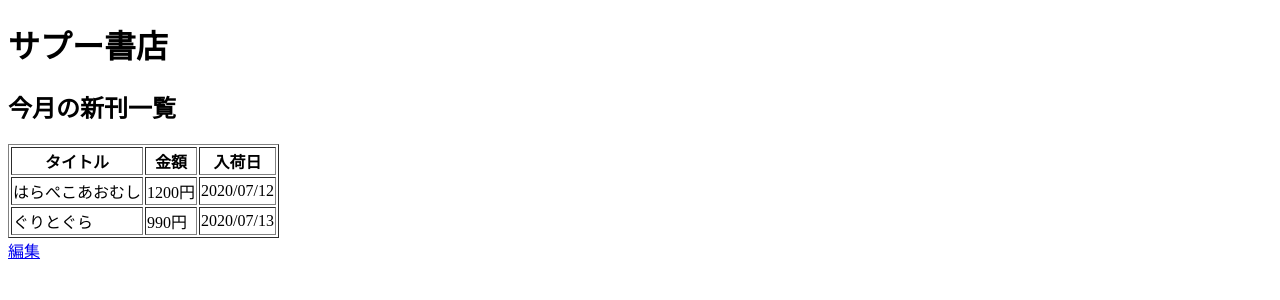
Repository: tom00ti/Vtuber_sapoo_flask
Page: http://localhost/
These files come from the project's save history. The page is drawn as it stood at one moment and after a run of saves; the edit follows.
The browser window is 1280 px wide. The pictures show the whole page.
The page is served by the project's application, run on Flask 3 (flaskr/app.py). The page reads the database file committed with the project.

Above is the page before, as saved 2024-12-21 13:43:11.

After the next 2 saves:
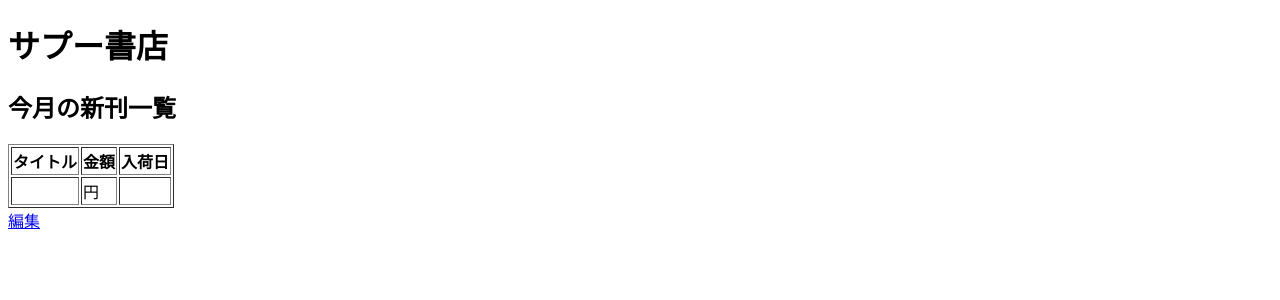
The 2 saves are shown as one change because 1 did not build or start.
The last was saved 66 min 0 s later.
--- a/flaskr/app.py
+++ b/flaskr/app.py
@@ -9,21 +9,27 @@ db.creat_books_table()
 
 @app.route('/')
 def index():
+    con = sqlite3.connect(DATABASE)
+    db_books = con.execute('SELECT * FROM books').fetchall()
+    con.close()
+
+    '''
     books = [
         {
-        'title': 'はらぺこあおむし',
-        'price': 1200,
-        'arrival_day': '2020/07/12'
+            'title': 'はらぺこあおむし',
+            'price': 1200,
+            'arrival_day': '2020/07/12'
         },
         {
-        'title': 'ぐりとぐら',
-        'price': 990,
-        'arrival_day': '2020/07/13'
+            'title': 'ぐりとぐら',
+            'price': 990,
+            'arrival_day': '2020/07/13'
         }
     ]
+    '''
     return render_template(
         'index.html',
-        books=books
+        books=db_books
     )
 
 @app.route('/form')
